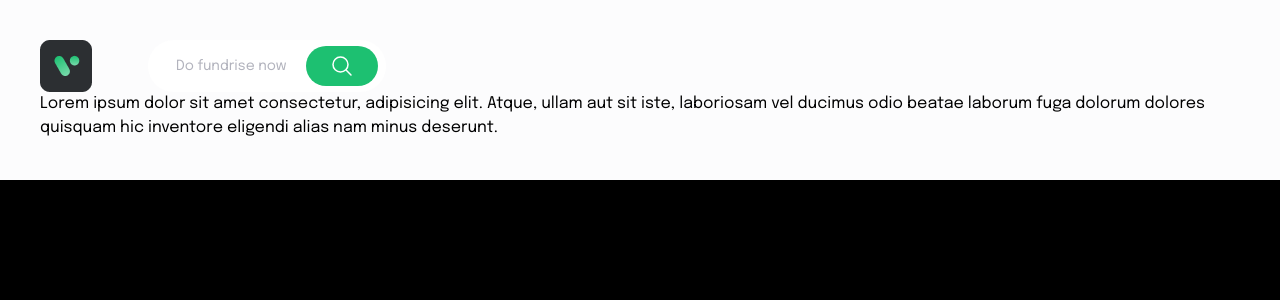
Repository: Kaymileee/crownFunding-Project
Page: /
An editor plug-in stored every save of this project. The page is shown before and after the next save, followed by the edit.
The browser window is 1280 px wide. The pictures show the whole page.
The project was rebuilt for these pictures with package versions that can differ from the ones it lists, and the page was loaded fresh each time. Imported but missing from the stored project, and not drawn on this page: src/components/common/FormGroup, src/components/input/Input.

Above is the page before, as saved 2023-02-03 17:43:03.

After the next save:
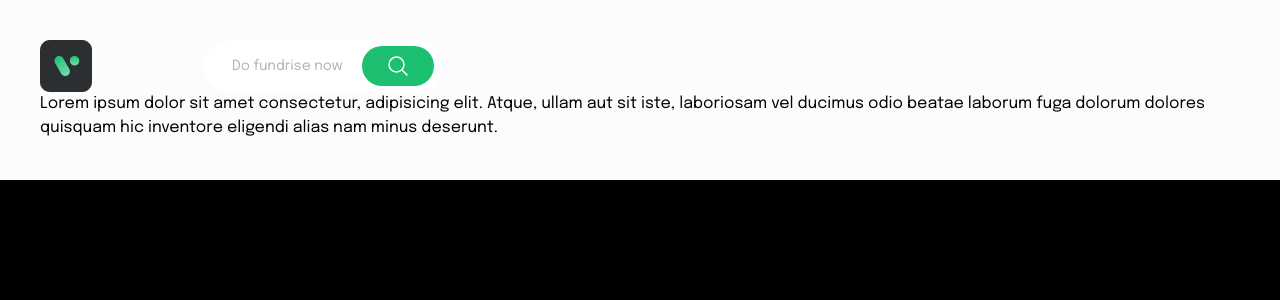
Saved 23 s later.
--- a/src/module/dashboard/DashboardTopBar.js
+++ b/src/module/dashboard/DashboardTopBar.js
@@ -4,7 +4,7 @@ import DashboardSearch from "./DashboardSearch";
 const DashboardTopBar = () => {
   return (
     <div className="flex items-center justify-between ">
-      <div className="flex">
+      <div className="flex items-center gap-x-14">
         <img src="./logo.png" alt="" />
         <div className="ml-14 max-w-[458px] w-full">
           <DashboardSearch></DashboardSearch>
